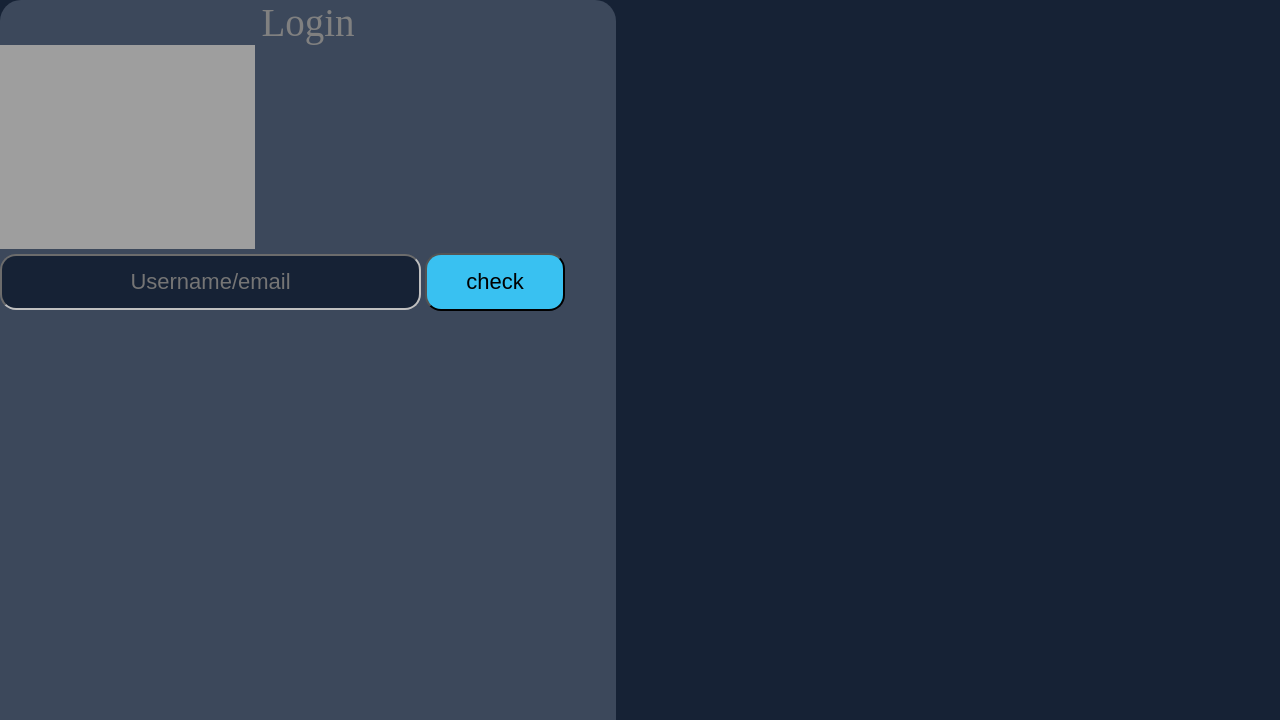
Repository: leystra019/nea
Page: html/passwordcheck.html
An editor plug-in stored every save of this project. The page is shown before and after the next save, followed by the edit.
The browser window is 1280 px wide. The pictures show the whole page.
Pictures or frames that could not be fetched are drawn as grey boxes.

Above is the page before, as saved 2022-12-03 21:01:05.

### html/passwordcheck.html
<!DOCTYPE html>
<html lang="en">
<head>
    <meta charset="UTF-8">
    <meta http-equiv="X-UA-Compatible" content="IE=edge">
    <meta name="viewport" content="width=device-width, initial-scale=1.0">
    <title>Login_system</title>
    <link href="/neatest/css/login.css" rel="stylesheet" type="text/css">
</head>
<body>
    <div class="background">
        <div class="ln-card">
            <div class="title">Login</div>
            <img src="images/profile.png" class="profile-img">
            <form action="/neatest/php/main php/authlogin.php" method="post">
                <input type="username" name="username" id="username" class="logbox" placeholder="Username/email">
                <input type="submit" value="check" class="submbtn" id="button">
            </form>
        </div>


    </div>
</body>
</html>

### css/login.css
* {
    margin: 0px !important;
    padding: 0px !important;
    text-decoration: none;

  }

.background {
  width: 1920px;
  height: 1080px;
  background-color: #162235;
  position: fixed;
  padding-top: 123px;

}


.ln-card {
    height: 788px;
    width: 616px;
    background-color: #3C485B;
    margin: auto;
    border: 0px;
    padding-top: 46px;
    position: relative;
    border-radius: 21px;



}

.title {
  font-size: 39px;
  text-align: center;
  color: grey;
  text-align: center;
}

b {
  font-size: 22px;
  margin-left: 60px;
  margin-bottom: 0;

}

.profile-img {
  height: 204px;
  margin-top: 96px;
  margin-left: 184px;
  width: 255px;
}

.logbox {
  margin-left: 104px;
  margin-right: 104px;
  border-radius: 16px;
  height: 52px;
  width: 417px;
  background-color: #162235;
  border-color: #c0c0c0;
  font-size: 22px;
  text-align: center;
  margin-top: 43px;
  color: grey;


}

.submbtn {
  position: sticky;
  margin-top: 25px;
  margin-left: 250px;
  margin-bottom: 40px;
  width: 140px;
  height: 58px;
  background-color: #39C1F1;
  text-align: center;
  border-radius: 16px;
  font-size: 22px;

}

.login form input[type="submit"]:hover {
	background-color: #2868c7;
  	transition: background-color 0.2s;
}

a {
  font-size: 20px;
  margin-left: 5px;
  color: grey;

}

After the next save:
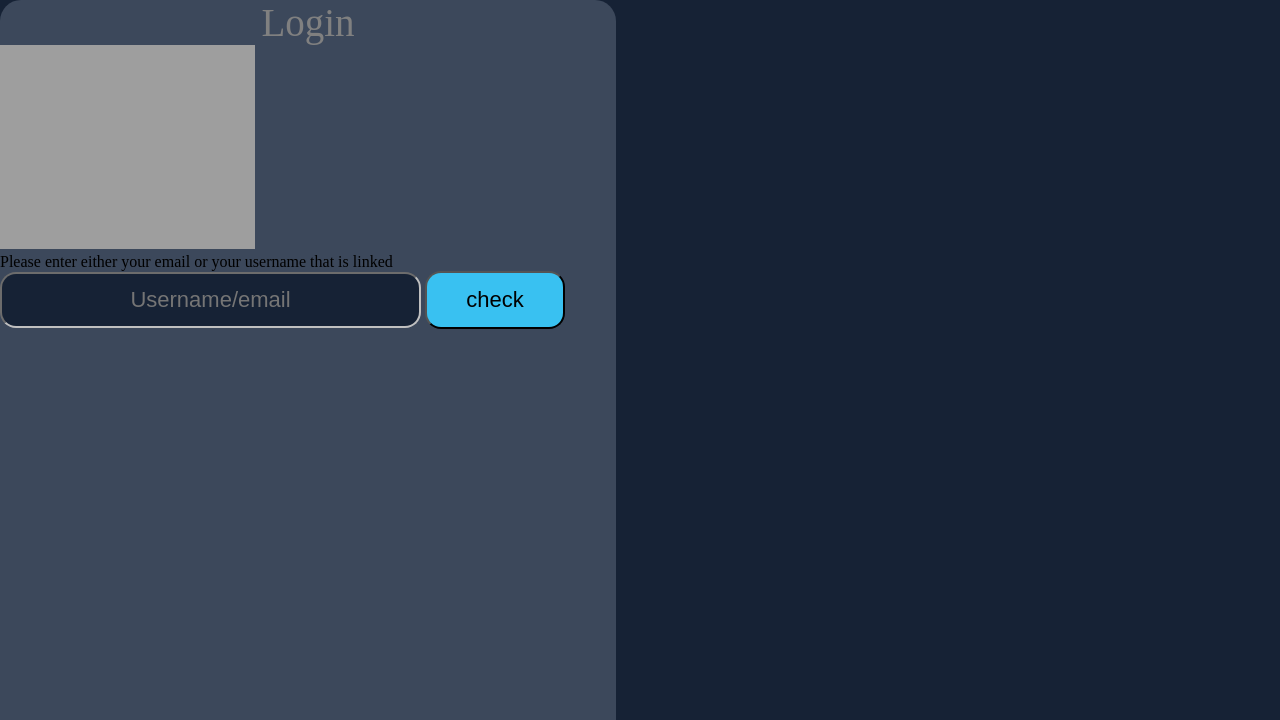
Saved 62 s later.
--- a/html/passwordcheck.html
+++ b/html/passwordcheck.html
@@ -12,6 +12,7 @@
         <div class="ln-card">
             <div class="title">Login</div>
             <img src="images/profile.png" class="profile-img">
+            <header>Please enter either your email or your username that is linked</header>
             <form action="/neatest/php/main php/authlogin.php" method="post">
                 <input type="username" name="username" id="username" class="logbox" placeholder="Username/email">
                 <input type="submit" value="check" class="submbtn" id="button">
